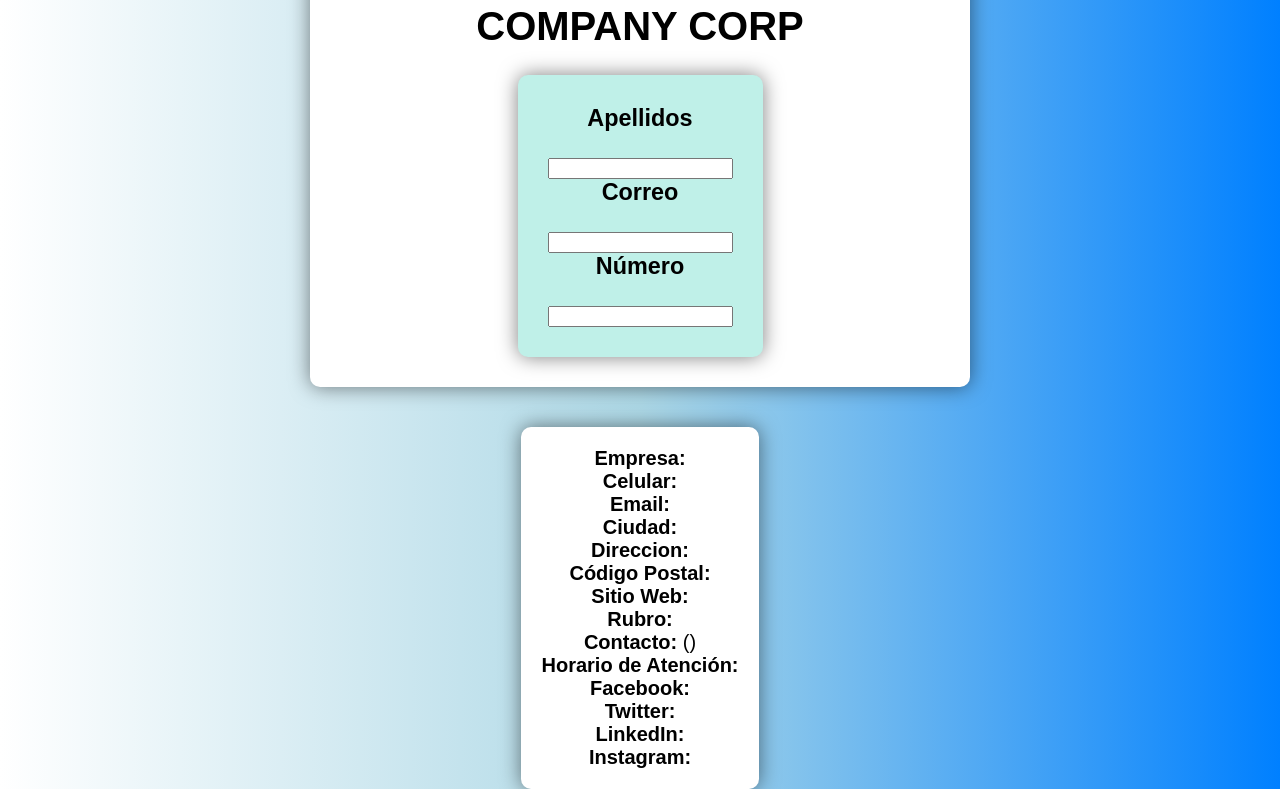
Repository: ANGELEDU141/TAREAWEBEWJASJDASJ
Page: http://localhost/JAVAWEBTAREA/WEB-INF/views/contenido.jsp
These files come from the project's save history. The page is drawn as it stood at one moment and after the next save; the edit follows.
The browser window is 1280 px wide. The pictures show the whole page.
The page is served by Tomcat 9. Nobody is signed in. The template is opened directly, without the code that normally fills it, so the values that code supplies are empty.

Above is the page before, as saved 2024-09-01 10:09:41.

After the next save:
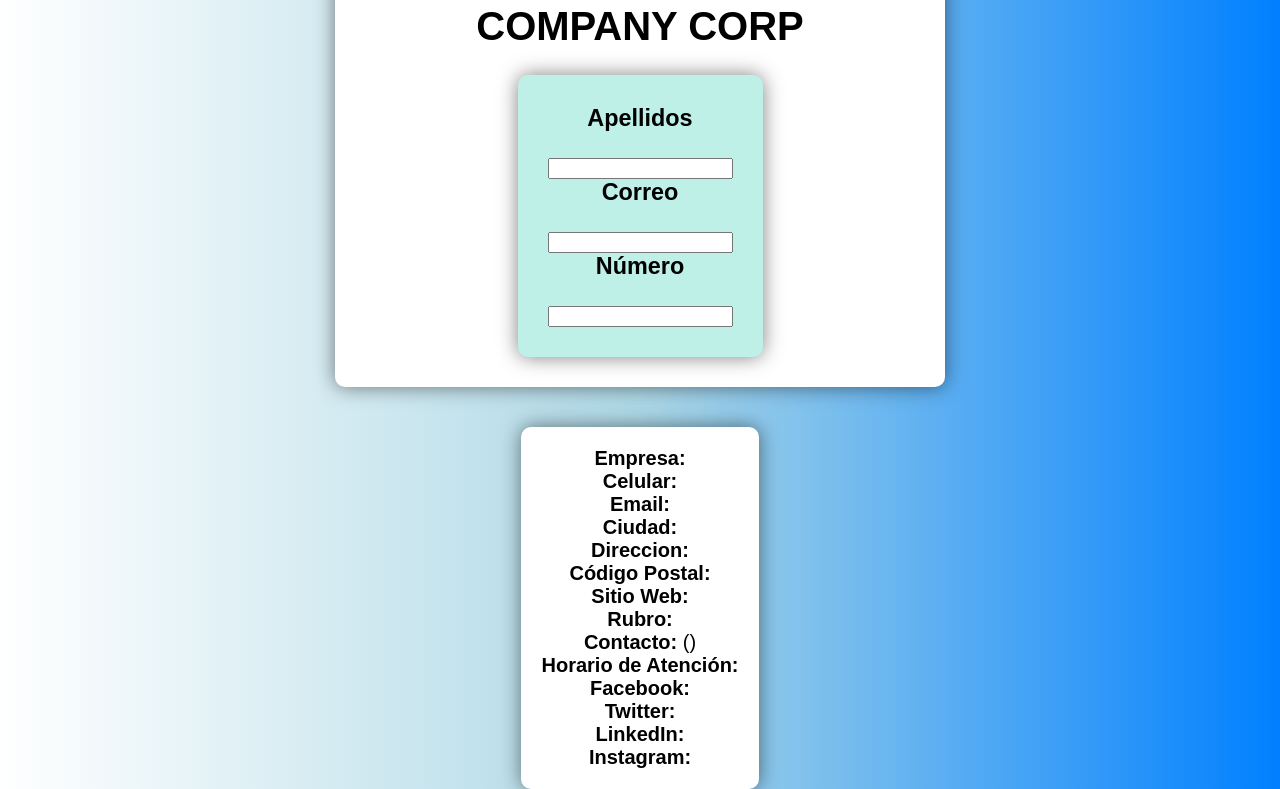
Saved 16 s later.
--- a/JAVAWEBTAREA/src/main/webapp/WEB-INF/views/contenido.jsp
+++ b/JAVAWEBTAREA/src/main/webapp/WEB-INF/views/contenido.jsp
@@ -22,7 +22,7 @@
     }
     .container {
 
-    	width:600px;
+    	width:550px;
 
         max-width: 600px;
         display:flex;
